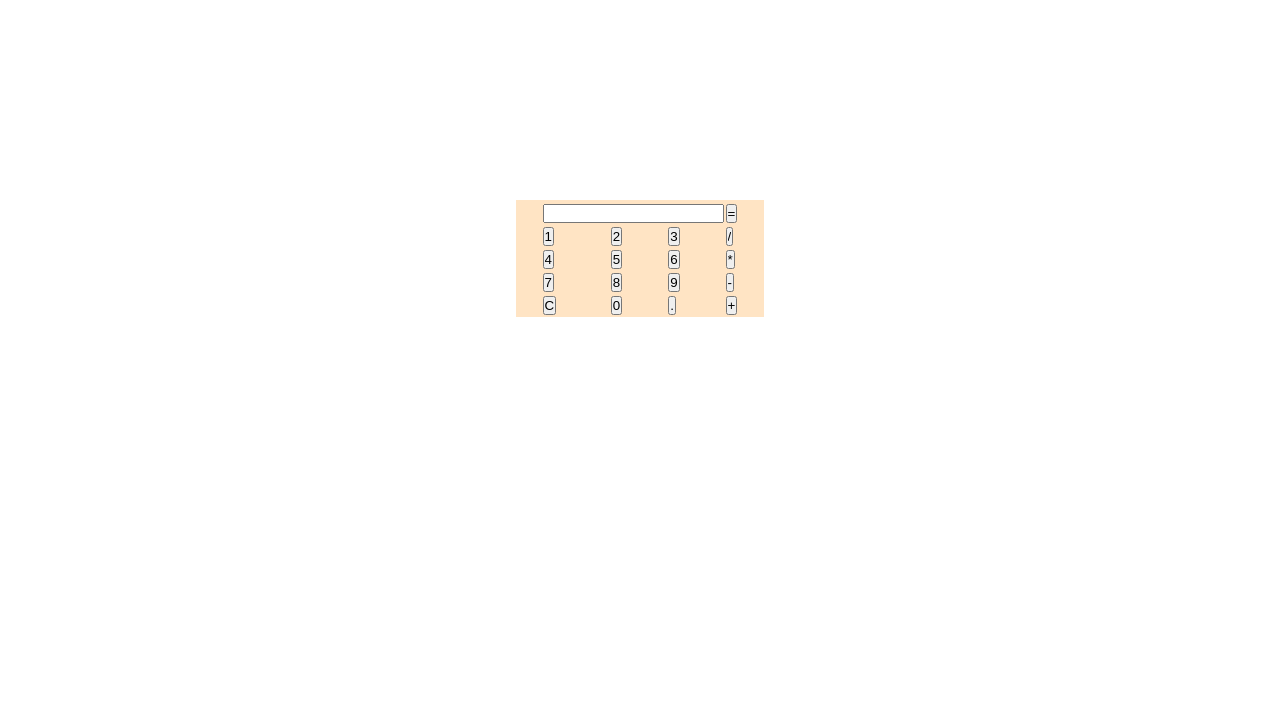
Repository: Seryozha02/CalculatorAndStopwatch
Page: calculator.html
The author's editor kept a copy of each file at every save. The page is drawn from the files as they stood at one save, then again after the next save.
The browser window is 1280 px wide. The pictures show the whole page.

Above is the page before, as saved 2022-10-03 00:21:56.

### calculator.html
<!DOCTYPE html>
<html lang="en">
  <head>
    <meta charset="UTF-8" />
    <meta http-equiv="X-UA-Compatible" content="IE=edge" />
    <meta name="viewport" content="width=device-width, initial-scale=1.0" />
    <link rel="stylesheet" href="calculator.css" />
    <title>Calculator</title>
  </head>
  <body>
    <table id="calculator">
      <tr>
        <td colspan="3"><input class="display-box" type="text" id="result"/></td>
        <td><input type="button" value="=" onclick="calculate()" id="btn"></td>
      </tr>
      <tr>
        <td><input type="button" value="1" onclick="display(('1'))" /></td>
        <td><input type="button" value="2" onclick="display(('2'))" /></td>
        <td><input type="button" value="3" onclick="display(('3'))" /></td>
        <td><input type="button" value="/" onclick="display(('/'))" /></td>
      </tr>
      <tr>
        <td><input type="button" value="4" onclick="display(('4'))"></td>
        <td><input type="button" value="5" onclick="display(('5'))"></td>
        <td><input type="button" value="6" onclick="display(('6'))"></td>
        <td><input type="button" value="*" onclick="display(('*'))"></td>
      </tr>
      <tr>
        <td><input type="button" value="7" onclick="display(('7'))"></td>
        <td><input type="button" value="8" onclick="display(('8'))"></td>
        <td><input type="button" value="9" onclick="display(('9'))"></td>
        <td><input type="button" value="-" onclick="display(('-'))"></td>
      </tr>
      <tr>
      <td><input type="button" value="C" onclick="cleareScreen()" id="btn"></td>
      <td><input type="button" value="0" onclick="display(('0'))"></td>
      <td><input type="button" value="." onclick="display(('.'))"></td>
      <td><input type="button" value="+" onclick="display(('+'))"></td>
    </tr>
    </table>
  </body>
  <script src="calculator.js"></script>
</html>

### calculator.css
* {
    margin: 0;
    padding: 0;
    text-decoration: none;
    box-sizing: border-box;
}

#calculator {
    background-color: bisque;
    margin: 0 auto;
    margin-top: 200px;
    padding: 0 25px;
    font-size: large;
}

Loaded but not shown: calculator.js (no copy from this time; the picture is the same without it)

After the next save:
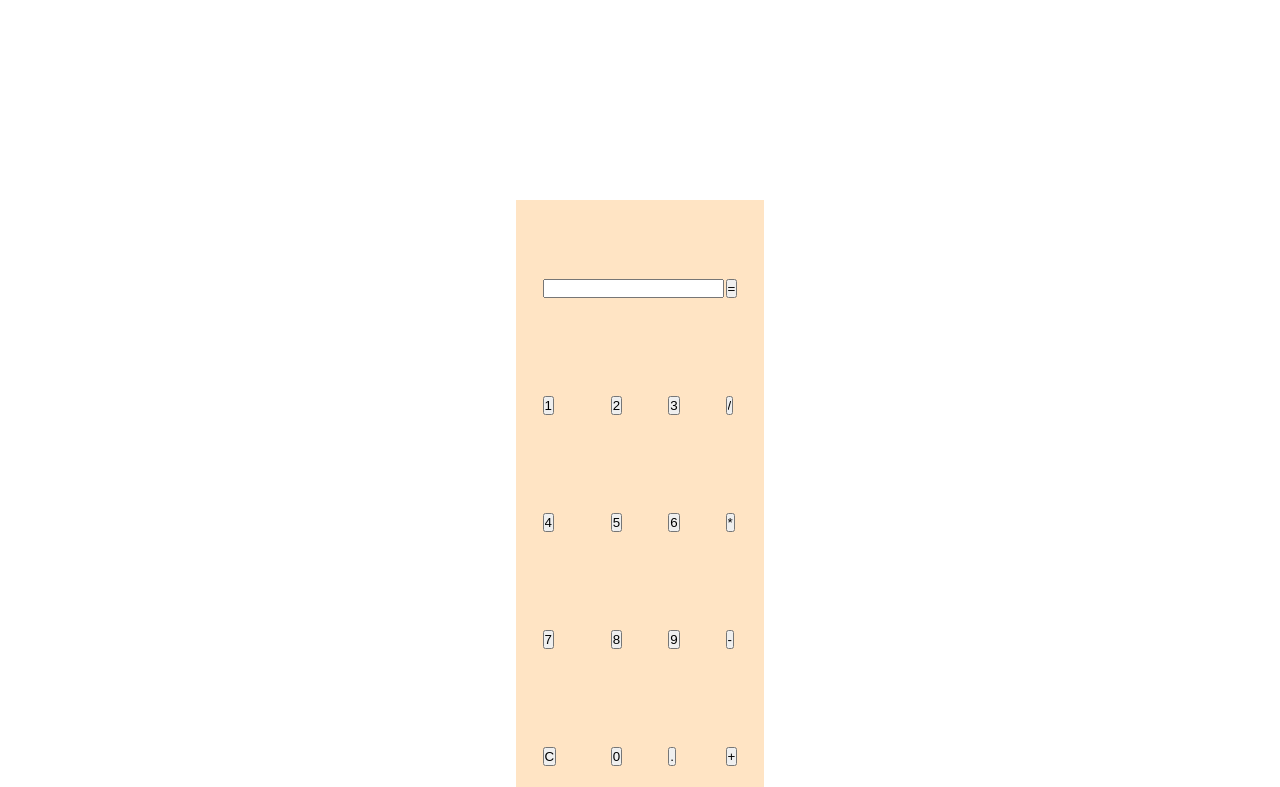
Saved 4 s later.
--- a/calculator.css
+++ b/calculator.css
@@ -10,5 +10,5 @@
     margin: 0 auto;
     margin-top: 200px;
     padding: 0 25px;
-    font-size: large;
+    font-size: 100px;
 }
